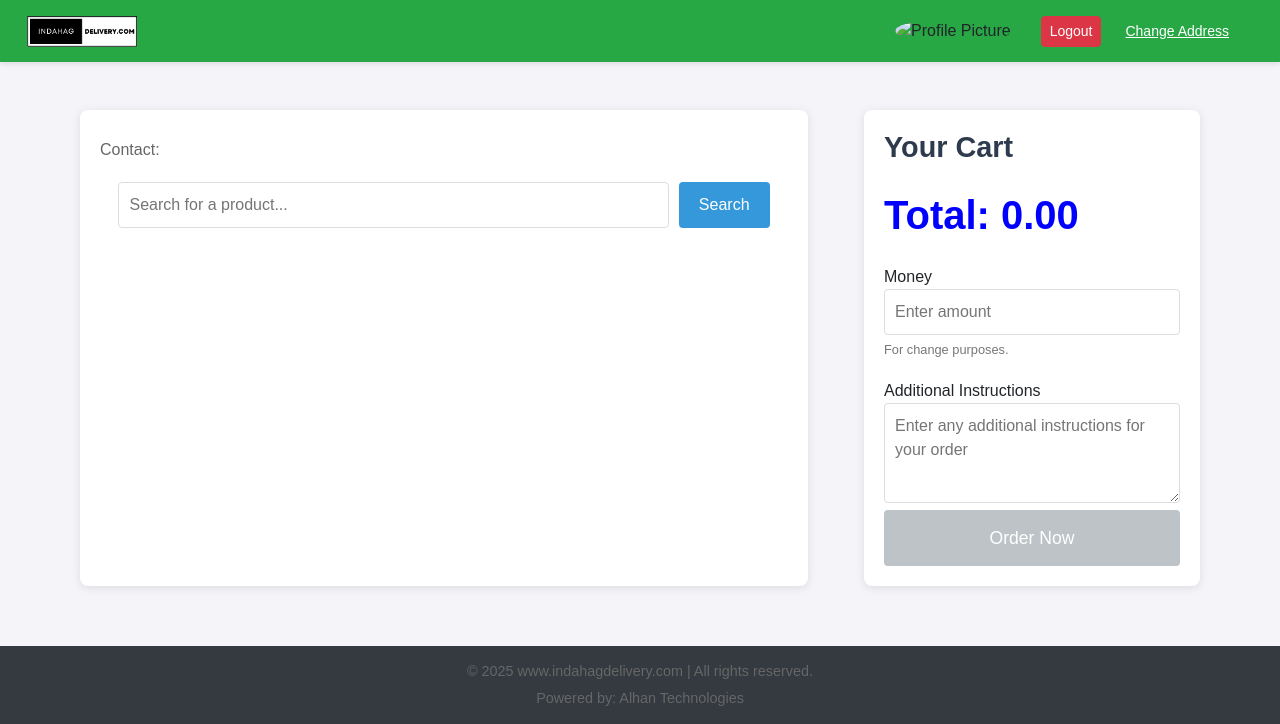
Repository: Jijiluzana225/indahagdelivery.com
Page: store/templates/store/store_products.html
These files come from the project's save history. The page is drawn as it stood at one moment and after the next save; the edit follows.
The browser window is 1280 px wide. The pictures show the whole page.
The template is drawn by Django 5.2. The application's start-up code is not run. Other server files are loaded and not shown. The template is opened directly, without the code that normally fills it, so the values that code supplies are empty.

Above is the page before, as saved 2025-01-22 11:48:51.

### store/templates/store/store_products.html
{% extends 'store/base.html' %}

{% block title %}Order from {{ store.name }}{% endblock %}

{% block content %}

<style>
    /* General Styles */
    body {
        font-family: Arial, sans-serif;
        margin: 0;
        padding: 0;
        background-color: #f4f4f9;
    }

    h1, h2, h3 {
        color: #333;
        font-weight: 600;
    }

    p {
        font-size: 1rem;
        color: #666;
        margin-bottom: 0.5rem;
    }

    /* Container for left and right columns */
    .container {
        display: flex;
        justify-content: space-between;
        padding: 20px;
        max-width: 1200px;
        margin: 0 auto;
        flex-wrap: wrap;
    }

    /* Left column - product listing */
    .left-column {
        width: 65%;
        padding: 20px;
        background-color: #fff;
        box-shadow: 0 2px 10px rgba(0, 0, 0, 0.1);
        border-radius: 8px;
        overflow: hidden;
    }

    .left-column h1 {
        font-size: 2rem;
        color: #2e3b4e;
    }

    .left-column p {
        font-size: 1rem;
        margin-bottom: 20px;
    }

    .search-box {
        margin-bottom: 20px;
        display: flex;
        justify-content: center;
    }

    .search-box input {
        width: 80%;
        padding: 10px;
        font-size: 1rem;
        border-radius: 4px;
        border: 1px solid #ddd;
        margin-right: 10px;
    }

    .search-box button {
        background-color: #3498db;
        color: #fff;
        padding: 10px 20px;
        border: none;
        border-radius: 4px;
        cursor: pointer;
    }

    .search-box button:hover {
        background-color: #2980b9;
    }

    .products {
        display: grid;
        grid-template-columns: repeat(auto-fill, minmax(250px, 1fr));
        gap: 20px;
    }

    /* Individual Product Cards */
    .product-card {
        background-color: #fff;
        border: 1px solid #ddd;
        border-radius: 8px;
        padding: 15px;
        box-shadow: 0 2px 8px rgba(0, 0, 0, 0.1);
        text-align: center;
        transition: transform 0.3s ease, box-shadow 0.3s ease;
    }

    .product-card:hover {
        transform: scale(1.05);
        box-shadow: 0 4px 16px rgba(0, 0, 0, 0.2);
    }

    .product-card img {
        max-width: 100%;
        height: auto;
        border-radius: 8px;
    }

    .product-card h3 {
        font-size: 1.2rem;
        color: #2e3b4e;
        margin: 10px 0;
    }

    .product-card p {
        font-size: 0.9rem;
        color: #777;
    }

    .product-card .formatted-price {
        font-size: 1.1rem;
        color: #e74c3c;
        font-weight: bold;
    }

    .product-card button {
        background-color: #28a745;
        color: #fff;
        padding: 10px 20px;
        border: none;
        border-radius: 4px;
        cursor: pointer;
        font-size: 1rem;
        transition: background-color 0.3s ease;
    }

    .product-card button:hover {
        background-color: #218838;
    }

    /* Spacing Between Qty and Add to Cart button */
    .product-card label {
        display: block;
        margin-bottom: 5px;
        font-size: 0.9rem;
        color: #555;
    }

    .product-card input[type="number"] {
        width: 60px;
        padding: 5px;
        margin-bottom: 15px; /* Space between input and button */
        border-radius: 4px;
        border: 1px solid #ddd;
        text-align: center;
        font-size: 1rem;
    }

    /* Right Column - Cart */
    .right-column {
        width: 30%;
        padding: 20px;
        background-color: #fff;
        box-shadow: 0 2px 10px rgba(0, 0, 0, 0.1);
        border-radius: 8px;
        position: sticky;
        top: 20px;
    }

    .right-column h2 {
        font-size: 1.8rem;
        color: #2e3b4e;
        margin-bottom: 20px;
    }

    .cart-items {
        margin-bottom: 20px;
    }

    .cart-item {
        display: flex;
        justify-content: space-between;
        align-items: center;
        padding: 10px 0;
        border-bottom: 1px solid #ddd;
    }

    .cart-item p {
        font-size: 0.85rem; /* Smaller font size */
        color: #333;
    }

    .cart-item input {
        width: 50px;
        padding: 5px;
        border-radius: 4px;
        border: 1px solid #ddd;
        text-align: center;
    }

    .cart-item button {
        background-color: #e74c3c;
        color: #fff;
        border: none;
        padding: 5px 10px;
        border-radius: 4px;
        cursor: pointer;
    }

    .cart-item button:hover {
        background-color: #c0392b;
    }

    .cart-total {
        font-size: 0.9rem; /* Smaller font size */
        font-weight: bold;
        color: #333;
        margin-top: 20px;
    }

    .money-input {
        margin-top: 20px;
    }

    .money-input input {
        width: 100%;
        padding: 10px;
        border-radius: 4px;
        border: 1px solid #ddd;
    }

    .money-input small {
        font-size: 0.8rem;
        color: #777;
        display: block;
        margin-top: 5px;
    }

    .additional-instructions {
        margin-top: 20px;
    }

    .additional-instructions textarea {
        width: 100%;
        height: 100px;
        padding: 10px;
        border-radius: 4px;
        border: 1px solid #ddd;
        font-size: 1rem;
    }

    .order-button {
        background-color: #3498db;
        color: #fff;
        border: none;
        padding: 15px 20px;
        font-size: 1.1rem;
        border-radius: 4px;
        width: 100%;
        cursor: pointer;
        transition: background-color 0.3s ease;
    }

    .order-button:disabled {
        background-color: #bdc3c7;
        cursor: not-allowed;
    }

    .order-button:hover:not(:disabled) {
        background-color: #2980b9;
    }

    /* Responsive Design */
    /* Responsive Design */
@media (max-width: 768px) {
    .container {
        flex-direction: column;
        align-items: center;
    }

    .left-column, .right-column {
        width: 100%;
        margin-bottom: 20px;
    }

    .products {
        grid-template-columns: repeat(2, 1fr); /* Two columns on smaller screens */
        gap: 10px; /* Adjust spacing for smaller screens */
    }

    .store-header {
        display: flex;
        flex-direction: column;
        align-items: center;
        text-align: center;
        margin-bottom: 20px;
    }

    .store-header h1 {
        font-size: 2rem;
        color: #2e3b4e;
        margin-bottom: 10px;
    }

    .store-header p {
        font-size: 1rem;
        color: #666;
    }
}



</style>

<div class="container">
    <div class="left-column">
        <div class="store-header">
        <h1>{{ store.name }}</h1>
        <p>Contact: {{ store.contact_number }}</p>
        </div>
        <!-- Search Box -->
        <div class="search-box">
            <input type="text" id="searchBox" placeholder="Search for a product..." onkeyup="filterProducts()">
            <button>Search</button>
        </div>

        <div class="products" id="products-list">
            {% for item in items %}
            <div class="product-card" data-name="{{ item.product.name|lower }}">
                <img src="{{ item.product.picture.url }}" alt="{{ item.product.name }}">
                <h3>{{ item.product.name }}</h3>
                <p>{{ item.product.description }}</p>
                <p>Price: <span class="formatted-price">{{ item.product.price }}</span></p>
                <label for="quantity-{{ item.id }}">Qty:</label>
                <input type="number" id="quantity-{{ item.id }}" name="quantity" min="1" value="1">
                <button onclick="addToCart({{ item.id }}, '{{ item.product.name }}', {{ item.product.price }})">Add to Cart</button>
            </div>
            {% endfor %}
        </div>
    </div>

    <!-- Right column (cart) -->
    <div class="right-column">
        <h2>Your Cart</h2>
        <div class="cart-items" id="cart-items"></div>
        <div class="cart-total" id="cart-total" style="font-size:40px; color:blue";>Total: 0.00</div>

       <div class="money-input">
            <label for="money">Money</label>
            <input type="number" id="money" name="money" placeholder="Enter amount">
            <small>For change purposes.</small>
        </div>

        <!-- Additional Instructions Section -->
        <div class="additional-instructions">
            <label for="additional-instructions">Additional Instructions</label>
            <textarea id="additional-instructions" placeholder="Enter any additional instructions for your order"></textarea>
        </div>

        <!-- Order Now Button -->
        <button class="order-button" id="orderButton" onclick="proceedToCheckout()" disabled>Order Now</button>
    </div>
</div>

<script>
    let cart = [];

    function formatPrice(price) {
        return new Intl.NumberFormat('en-US', { minimumFractionDigits: 2, maximumFractionDigits: 2 }).format(price);
    }

    function addToCart(itemId, itemName, itemPrice) {
        const quantity = parseInt(document.getElementById(`quantity-${itemId}`).value);
        const existingItem = cart.find(item => item.id === itemId);

        if (existingItem) {
            existingItem.quantity += quantity;
        } else {
            cart.push({ id: itemId, name: itemName, price: itemPrice, quantity: quantity });
        }

        renderCart();
    }

    function updateCartItem(itemId, newQuantity) {
        const item = cart.find(item => item.id === itemId);
        if (item) {
            item.quantity = newQuantity;
            renderCart();
        }
    }

    function deleteCartItem(itemId) {
        cart = cart.filter(item => item.id !== itemId);
        renderCart();
    }

    function renderCart() {
        const cartItemsContainer = document.getElementById('cart-items');
        const cartTotal = document.getElementById('cart-total');
        const orderButton = document.getElementById('orderButton');
        cartItemsContainer.innerHTML = '';
        let total = 0;

        cart.forEach(item => {
            const itemTotal = item.price * item.quantity;
            total += itemTotal;

            cartItemsContainer.innerHTML += `
                <div class="cart-item">
                    <p>${item.name}</p>
                    <p>Price: ${formatPrice(item.price)}</p>
                    <input type="number" min="1" value="${item.quantity}" onchange="updateCartItem(${item.id}, this.value)">
                    <p>${formatPrice(itemTotal)}</p>
                    <button onclick="deleteCartItem(${item.id})">×</button>
                </div>
            `;
        });

        cartTotal.innerText = `Total: ${formatPrice(total)}`;

        // Enable the "Order Now" button only if the cart is not empty
        orderButton.disabled = cart.length === 0;
    }

    function calculateTotalPrice() {
        return cart.reduce((total, item) => total + item.price * item.quantity, 0);
    }

    function proceedToCheckout() {
        const storeId = '{{ store.id }}';  // Assuming store.id is available
        const totalPrice = calculateTotalPrice();  // Total price from cart
        const cartItems = cart.map(item => `${item.name},${item.price},${item.quantity}`).join("|");

        const money = document.getElementById('money').value;
        const instructions = document.getElementById('additional-instructions').value;

        // Make the POST request
        fetch('/checkout/', {
            method: 'POST',
            headers: {
                'Content-Type': 'application/x-www-form-urlencoded',
                'X-CSRFToken': '{{ csrf_token }}'  // CSRF token
            },
            body: `store_id=${storeId}&total_price=${totalPrice}&cart_items=${cartItems}&money=${money}&instructions=${instructions}`
        })
        .then(response => response.json())
        .then(data => {
            if (data.success) {
                alert('Order placed successfully!');
                window.location.href = '/dashboard';
            } else {
                alert('There was an error placing your order.');
            }
        })
        .catch(error => console.error('Error:', error));
    }



    function filterProducts() {
        const searchTerm = document.getElementById("searchBox").value.toLowerCase();
        const productCards = document.querySelectorAll(".product-card");

        productCards.forEach(card => {
            const productName = card.getAttribute("data-name");
            if (productName.includes(searchTerm)) {
                card.style.display = "block";
            } else {
                card.style.display = "none";
            }
        });
    }

    function updateOrderStatus(orderId, status) {
        fetch(`/update_order_status/${orderId}/`, {
            method: 'POST',
            headers: {
                'Content-Type': 'application/json',
                'X-CSRFToken': '{{ csrf_token }}'
            },
            body: JSON.stringify({ status: status })
        })
        .then(response => response.json())
        .then(data => {
            if (data.success) {
                alert('Order status updated');
            } else {
                alert('Failed to update status');
            }
        });
    }
</script>

{% endblock %}

### store/templates/store/base.html
{% load static %}
<!DOCTYPE html>
<html lang="en">
<head>
    <meta charset="UTF-8">
    <meta name="viewport" content="width=device-width, initial-scale=1.0">
    <title>indahagdelivery.com</title>
    <link href="https://cdn.jsdelivr.net/npm/bootstrap@5.3.0-alpha3/dist/css/bootstrap.min.css" rel="stylesheet">
    <style>
        /* Navbar Styling */
        .navbar {
            position: fixed;
            top: 0;
            left: 0;
            right: 0;
            width: 100%;
            background-color: #28a745; /* E-commerce theme */
            padding: 10px 15px;
            z-index: 1000;
            box-shadow: 0 2px 5px rgba(0, 0, 0, 0.1);
        }

        .navbar .navbar-brand img {
            max-width: 110px;
        }

        .navbar-nav {
            display: flex;
            align-items: center;
        }

        .navbar-nav .nav-item {
            margin-right: 15px;
        }

        .open-close-btn {
            padding: 6px 14px;
            font-size: 0.9rem;
            background-color: #007bff;
            color: #fff;
            border: none;
            border-radius: 20px;
            transition: background-color 0.3s ease;
        }

        .open-close-btn:hover {
            background-color: #0056b3;
        }

        .profile-picture {
            width: 35px;
            height: 35px;
            border-radius: 50%;
            object-fit: cover;
        }

        /* Responsive Navbar Adjustments */
        @media (max-width: 768px) {
            .navbar-brand img {
                max-width: 80px;
            }

            .navbar-nav .nav-item {
                margin-right:10px;
            }

            .open-close-btn {
                margin-top: 10px;
            }
        }

        /* Footer Styling */
        footer {
            background-color: #343a40;
            color: #fff;
            padding: 15px;
            text-align: center;
            margin-top: 20px;
        }

        footer .footer-text p {
            margin: 0;
            font-size: 0.9rem;
        }

        footer .footer-text p:not(:last-child) {
            margin-bottom: 5px;
        }
    </style>
</head>
<body style="margin-top: 70px;">
    <!-- Navbar -->
    <nav class="navbar navbar-expand-lg navbar-dark">
        <div class="container-fluid">
            <a href="{% url 'store_list' %}" class="navbar-brand">
                <img src="{% static 'admin/img/Indahag.png' %}" alt="Logo">
            </a>

            <!-- Open/Close Button -->
            {% if request.user.is_authenticated and 'Store' in request.user.groups.all|join:" " %}
                <a href="{% url 'update_store_open' %}" class="open-close-btn">Open/Close</a>
            {% endif %}

            <button class="navbar-toggler" type="button" data-bs-toggle="collapse" data-bs-target="#navbarNav" aria-controls="navbarNav" aria-expanded="false" aria-label="Toggle navigation">
                <span class="navbar-toggler-icon"></span>
            </button>
            <div class="collapse navbar-collapse" id="navbarNav">
                <ul class="navbar-nav ms-auto">
                    <li class="nav-item">
                        <img src="{{ user.customer.profile_picture.url }}" alt="Profile Picture" class="profile-picture">
                    </li>
                    <li class="nav-item">
                        <h5 class="mb-0 text-white">{{ user.customer.name }}</h5>
                    </li>
                    <li class="nav-item">
                        <form action="{% url 'logout' %}" method="POST" class="d-inline">
                            {% csrf_token %}
                            <button type="submit" class="btn btn-danger btn-sm">Logout</button>
                        </form>
                    </li>
                    <li class="nav-item">
                        <a href="{% url 'update_profile' %}" class="btn btn-link btn-sm text-white">Change Address</a>
                    </li>
                </ul>
            </div>
        </div>
    </nav>

    <!-- Content Block -->
    <div class="container mt-4">
        {% block content %}
        {% endblock %}
    </div>

    <!-- Footer -->
    <footer>
        <div class="footer-text">
            <p>&copy; 2025 www.indahagdelivery.com | All rights reserved.</p>
            <p>Powered by: Alhan Technologies</p>
        </div>
    </footer>

    <!-- Scripts -->
    <script src="https://cdn.jsdelivr.net/npm/bootstrap@5.3.0-alpha3/dist/js/bootstrap.bundle.min.js"></script>
</body>
</html>

After the next save:
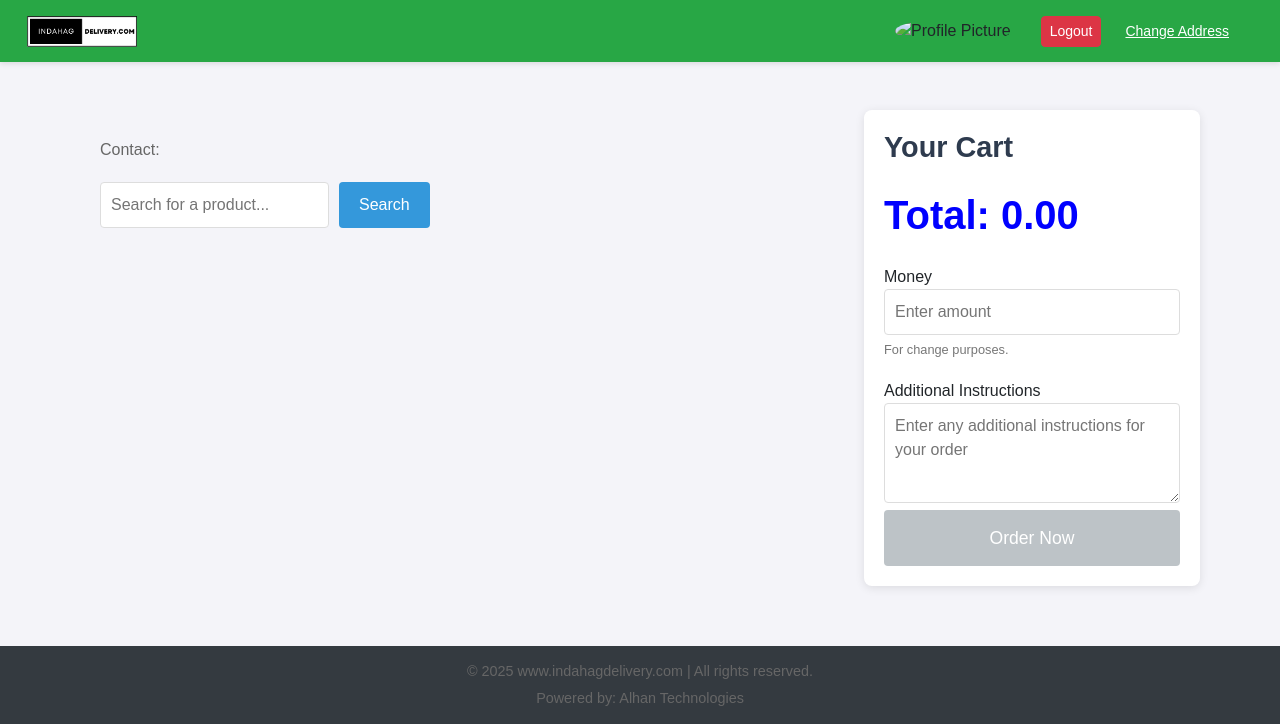
Saved 26 s later.
--- a/store/templates/store/store_products.html
+++ b/store/templates/store/store_products.html
@@ -34,15 +34,16 @@
         flex-wrap: wrap;
     }
 
-    /* Left column - product listing */
-    .left-column {
-        width: 65%;
+    .left-column, .right-column {
         padding: 20px;
-        background-color: #fff;
-        box-shadow: 0 2px 10px rgba(0, 0, 0, 0.1);
-        border-radius: 8px;
-        overflow: hidden;
-    }
+        margin: 0; /* Remove any default margin */
+    }
+
+    body {
+        margin: 0; /* Remove body margins */
+        padding: 0;
+    }
+
 
     .left-column h1 {
         font-size: 2rem;

After the save that followed:
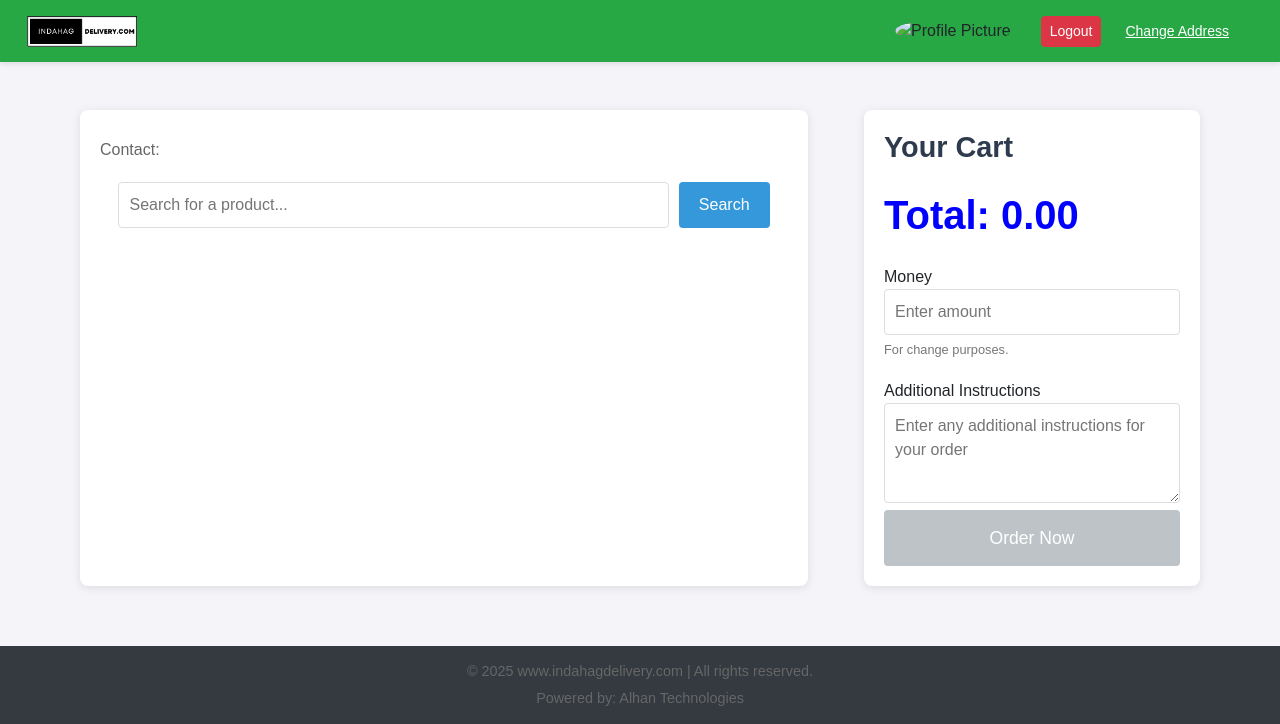
Saved 26 s later.
--- a/store/templates/store/store_products.html
+++ b/store/templates/store/store_products.html
@@ -34,16 +34,15 @@
         flex-wrap: wrap;
     }
 
-    .left-column, .right-column {
+    /* Left column - product listing */
+    .left-column {
+        width: 65%;
         padding: 20px;
-        margin: 0; /* Remove any default margin */
-    }
-
-    body {
-        margin: 0; /* Remove body margins */
-        padding: 0;
-    }
-
+        background-color: #fff;
+        box-shadow: 0 2px 10px rgba(0, 0, 0, 0.1);
+        border-radius: 8px;
+        overflow: hidden;
+    }
 
     .left-column h1 {
         font-size: 2rem;
